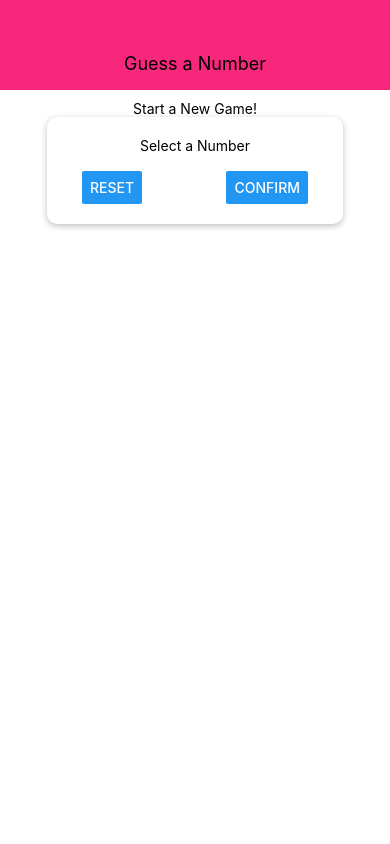
Repository: ChidiChuks/rn-second-project
Screen: / (app in second-project/)
An editor plug-in stored every save of this project. The screen is shown before and after a run of saves, followed by the edit.
The app was drawn by React Native's web renderer in a window 390 px wide. The project was rebuilt for these pictures with package versions that can differ from the ones it lists, and the page was loaded fresh each time.

Above is the screen before, as saved 2019-10-23 13:34:24.

After the next 2 saves:
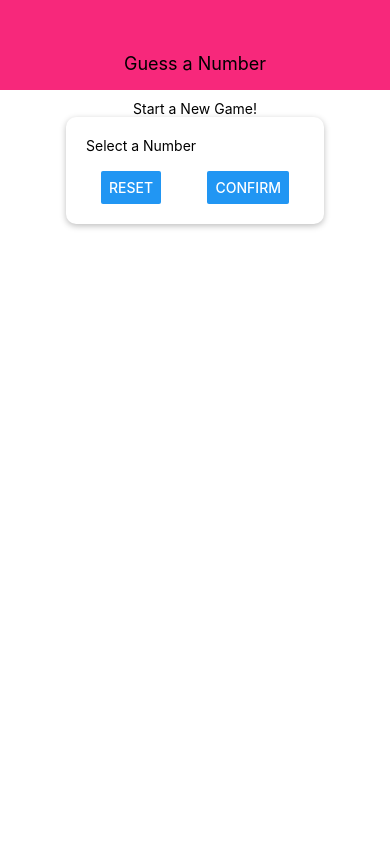
The 2 saves are shown as one change because 1 did not build or start.
The last was saved 100 s later.
--- a/second-project/screens/StartGameScreen.js
+++ b/second-project/screens/StartGameScreen.js
@@ -7,14 +7,14 @@
   return (
     <View style={styles.screen}>
       <Text STYLE={StyleSheet.title}>Start a New Game!</Text>
-      <View style={styles.inputContainer}>
+      <Card>
         <Text>Select a Number</Text>
         <TextInput />
         <View style={styles.buttonContainer}>
           <Button title="Reset" onPress={() => {}} />
           <Button title="Confirm" onPress={() => {}} />
         </View>
-      </View>
+      </Card>
     </View>
   );
 };

After the 3 saves that followed:
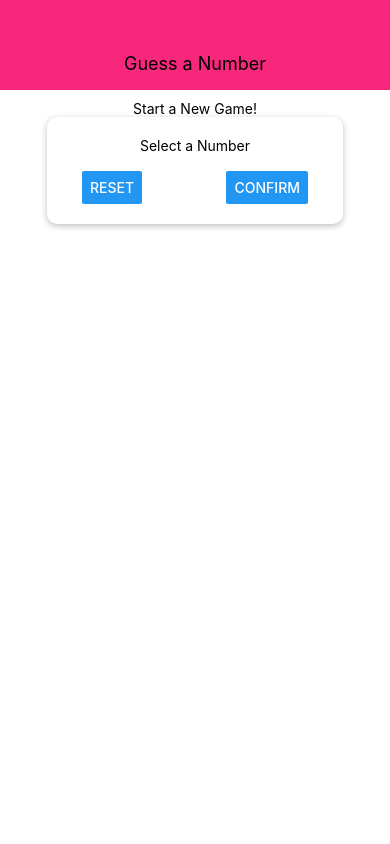
The 3 saves are shown as one change because 1 did not build or start and 1 left the picture as it was.
The last was saved 79 s later.
--- a/second-project/screens/StartGameScreen.js
+++ b/second-project/screens/StartGameScreen.js
@@ -7,7 +7,7 @@
   return (
     <View style={styles.screen}>
       <Text STYLE={StyleSheet.title}>Start a New Game!</Text>
-      <Card>
+      <Card style={styles.inputContainer}>
         <Text>Select a Number</Text>
         <TextInput />
         <View style={styles.buttonContainer}>
@@ -32,15 +32,7 @@
   inputContainer: {
     width: 300,
     maxWidth: '80%',
-    alignItems: 'center',
-    shadowColor: 'black',
-    shadowOffset: { width: 0, height: 2 },
-    shadowRadius: 6,
-    shadowOpacity: 0.26,
-    elevation: 7,
-    backgroundColor: 'white',
-    padding: 20,
-    borderRadius: 10
+    alignItems: 'center'
   },
   buttonContainer: {
     flexDirection: 'row',
